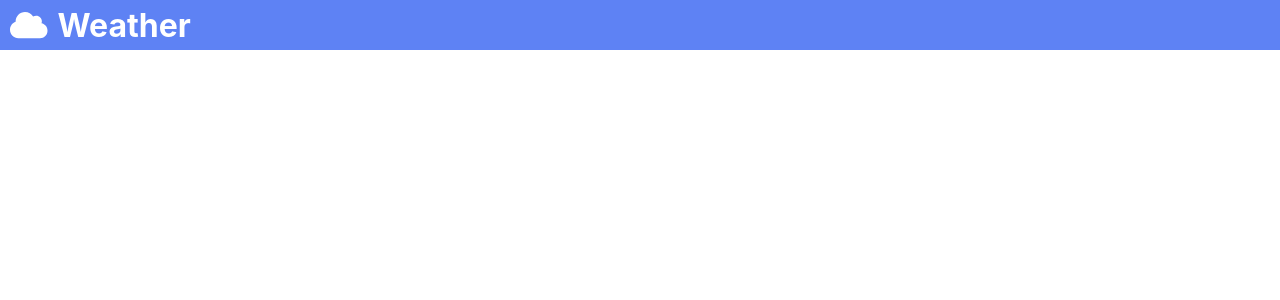
Repository: ahmedazawi/weather-app
Page: /
These files come from the project's save history. The page is drawn as it stood at one moment and after a run of saves; the edit follows.
The browser window is 1280 px wide. The pictures show the whole page.
The project was rebuilt for these pictures with package versions that can differ from the ones it lists, and the page was loaded fresh each time.

Above is the page before, as saved 2022-11-29 20:45:39.

After the next 2 saves:
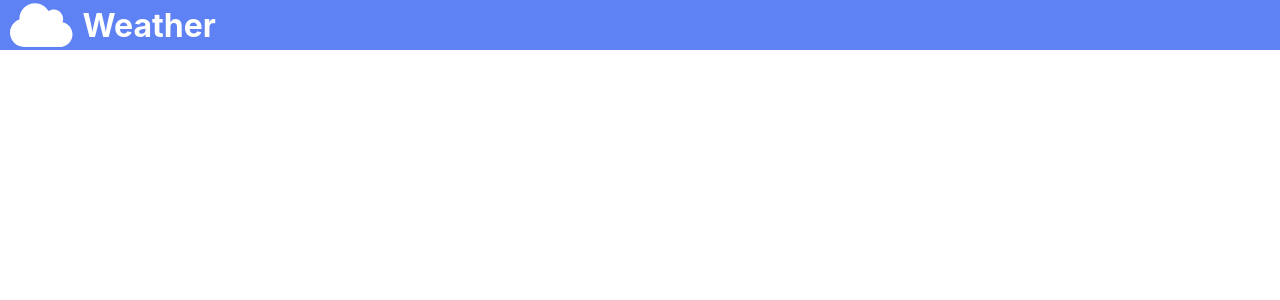
The 2 saves are shown as one change because they came seconds apart.
The last was saved 12 s later.
--- a/src/layout/Header.js
+++ b/src/layout/Header.js
@@ -8,9 +8,9 @@ const Header = () => {
         <FontAwesomeIcon
           className="f-icon"
           icon={faCloud}
-          size="xl"
+          // size="xl"
           color="White"
-          style={{ marginLeft: "10px", fontSize: "30px" }}
+          style={{ marginLeft: "10px", fontSize: "50px" }}
         />
       </div>
 
